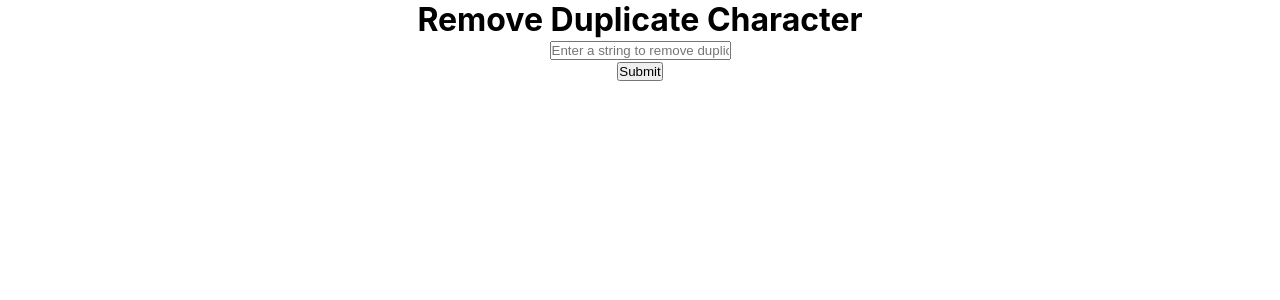
Repository: MeekyBerry/StringRefine
Page: /
These files come from the project's save history. The page is drawn as it stood at one moment and after the next save; the edit follows.
The browser window is 1280 px wide. The pictures show the whole page.
The project was rebuilt for these pictures with package versions that can differ from the ones it lists, and the page was loaded fresh each time.

Above is the page before, as saved 2023-05-02 20:49:18.

After the next save:
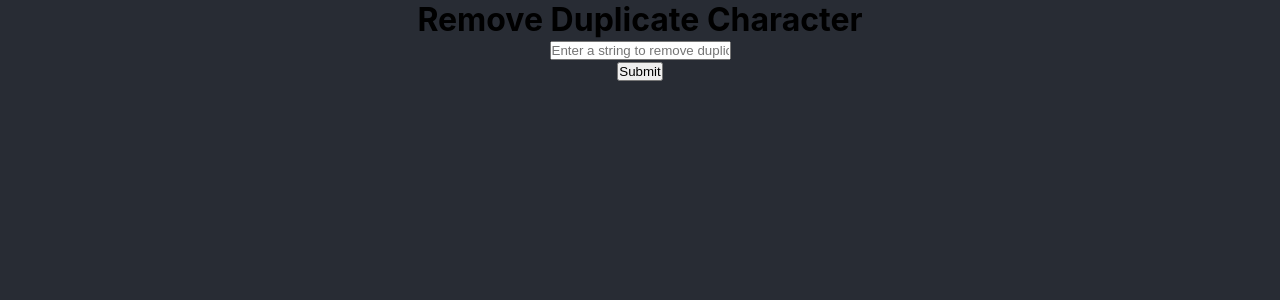
Saved 64 s later.
--- a/src/index.css
+++ b/src/index.css
@@ -14,6 +14,7 @@ body {
   -webkit-font-smoothing: antialiased;
   -moz-osx-font-smoothing: grayscale;
   text-align: center;
+  background-color: var(--color--bg);
 }
 
 code {
